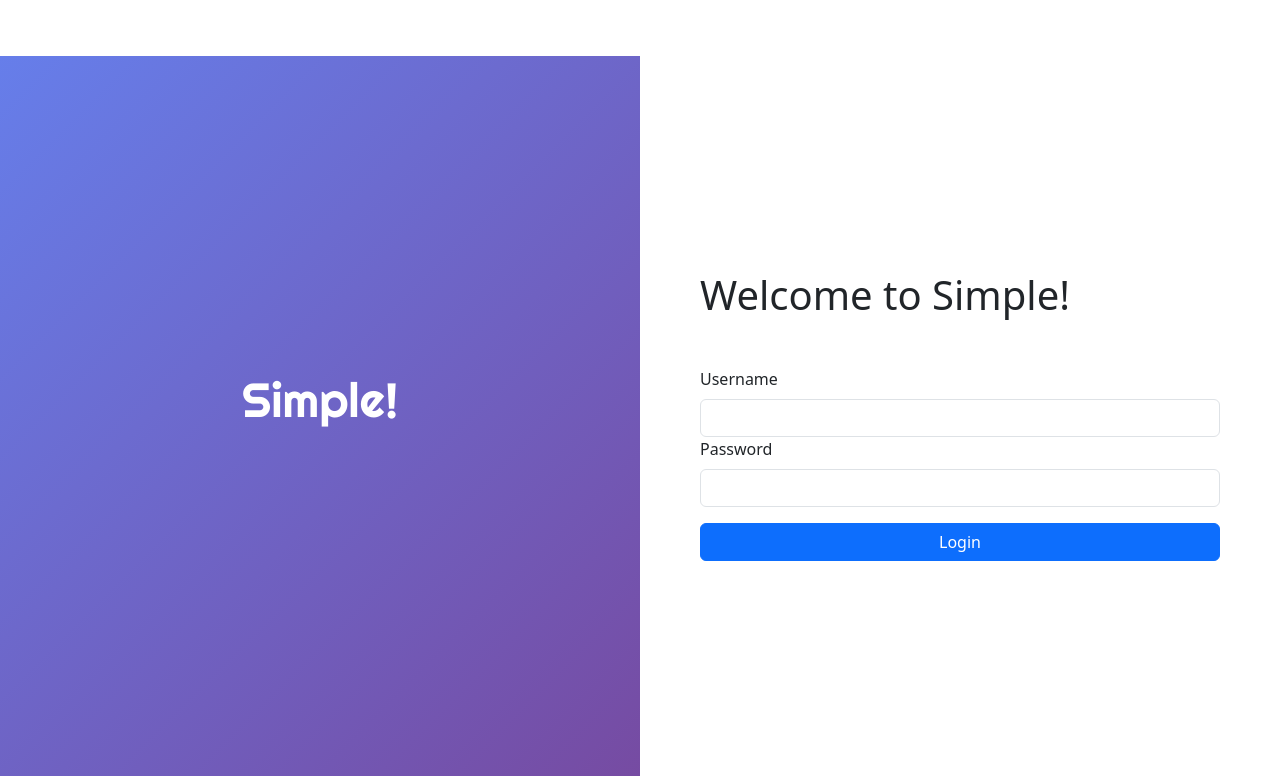
Repository: oboioz/SimpleTodoApp
Page: / (app in SimpleTodoAppFrontEnd/todo-app/)
An editor plug-in stored every save of this project. The page is shown before and after the next save, followed by the edit.
The browser window is 1280 px wide. The pictures show the whole page.
The project was rebuilt for these pictures with package versions that can differ from the ones it lists, and the page was loaded fresh each time.

Above is the page before, as saved 2024-04-03 20:53:06.

After the next save:
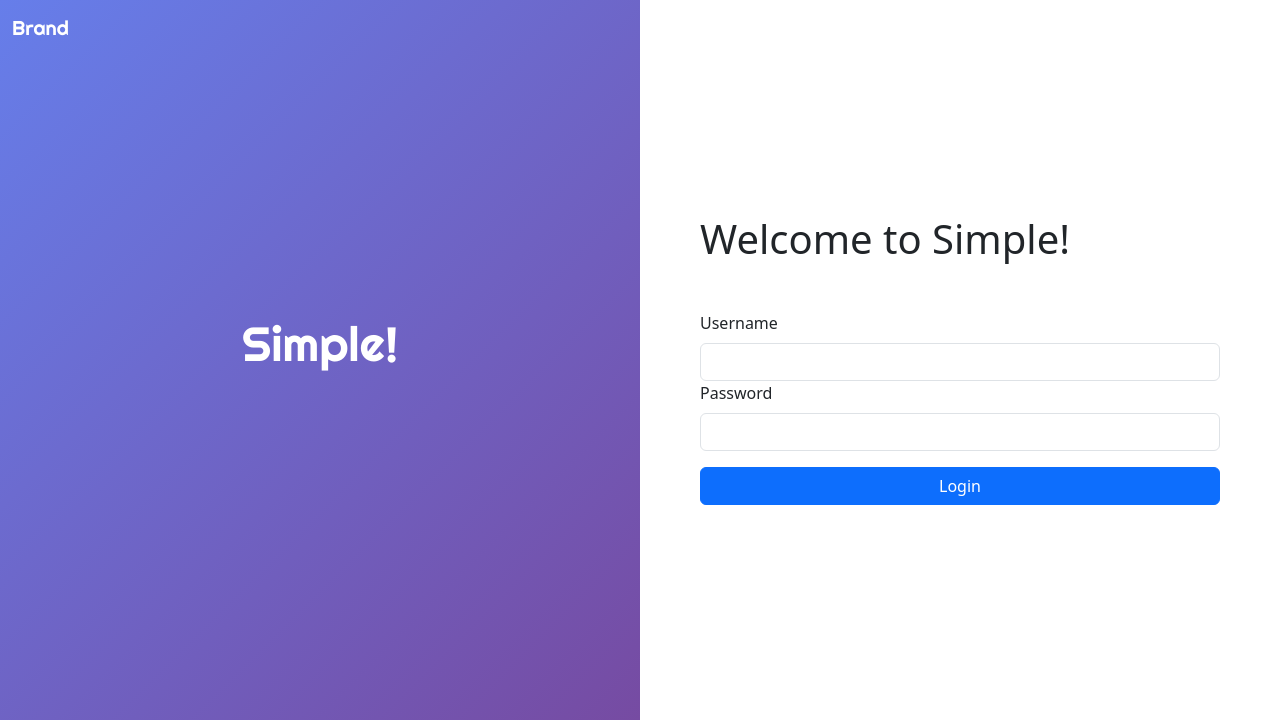
Saved 71 s later.
--- a/SimpleTodoAppFrontEnd/todo-app/src/components/todo/Login/LoginComponent.jsx
+++ b/SimpleTodoAppFrontEnd/todo-app/src/components/todo/Login/LoginComponent.jsx
@@ -6,9 +6,9 @@ function LoginComponent() {
     return (
 
         <div className="Login container-fluid">
-            <nav class="navbar navbar-expand-lg navbar-dark shadow-5-strong">
+            <nav class="navbar navbar-expand-lg navbar-dark fixed-top transparent-navbar shadow-5-strong">
                 <div className="container-fluid">
-                    <a className="navbar-brand" href="#">Simple!</a>
+                    <a className="navbar-brand" href="#">Brand</a>
                 </div>
             </nav>
             <div className="row">
